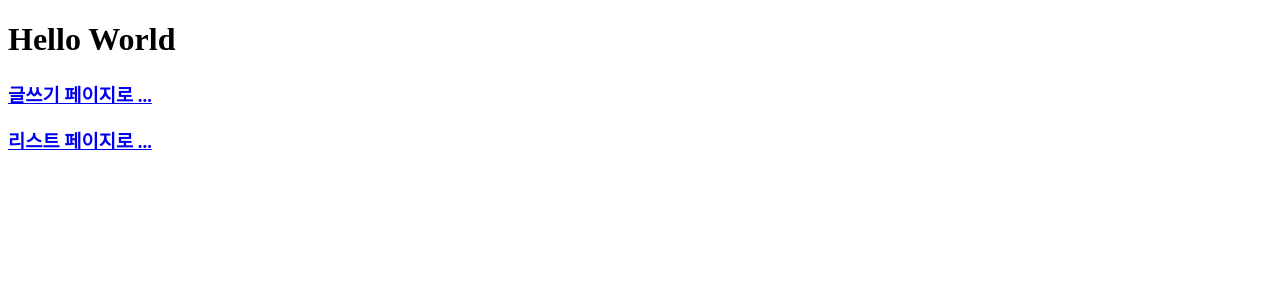
Repository: havanara/240411_JSP_Project
Page: http://localhost/jst_study/
The author's editor kept a copy of each file at every save. The page is drawn from the files as they stood at one save, then again after the next save.
The browser window is 1280 px wide. The pictures show the whole page.
The page is served by Tomcat 9.

Above is the page before, as saved 2024-04-15 00:45:11.

After the next save:
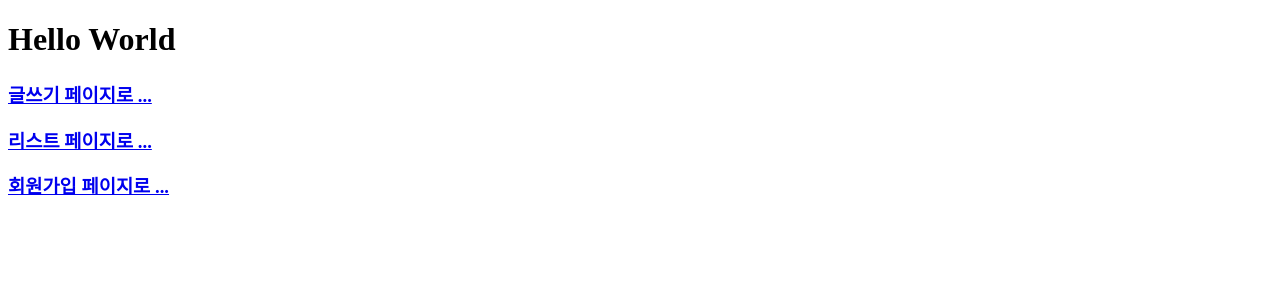
Saved 50 min 11 s later.
--- a/jst_study/src/main/webapp/index.jsp
+++ b/jst_study/src/main/webapp/index.jsp
@@ -10,5 +10,6 @@
 	<h1>Hello World</h1>
 	<h3><a href="/brd/register">글쓰기 페이지로 ...</a></h3>
 	<h3><a href="/brd/list">리스트 페이지로 ...</a></h3>
+	<h3><a href="/memb/join">회원가입 페이지로 ...</a></h3>
 </body>
 </html>
